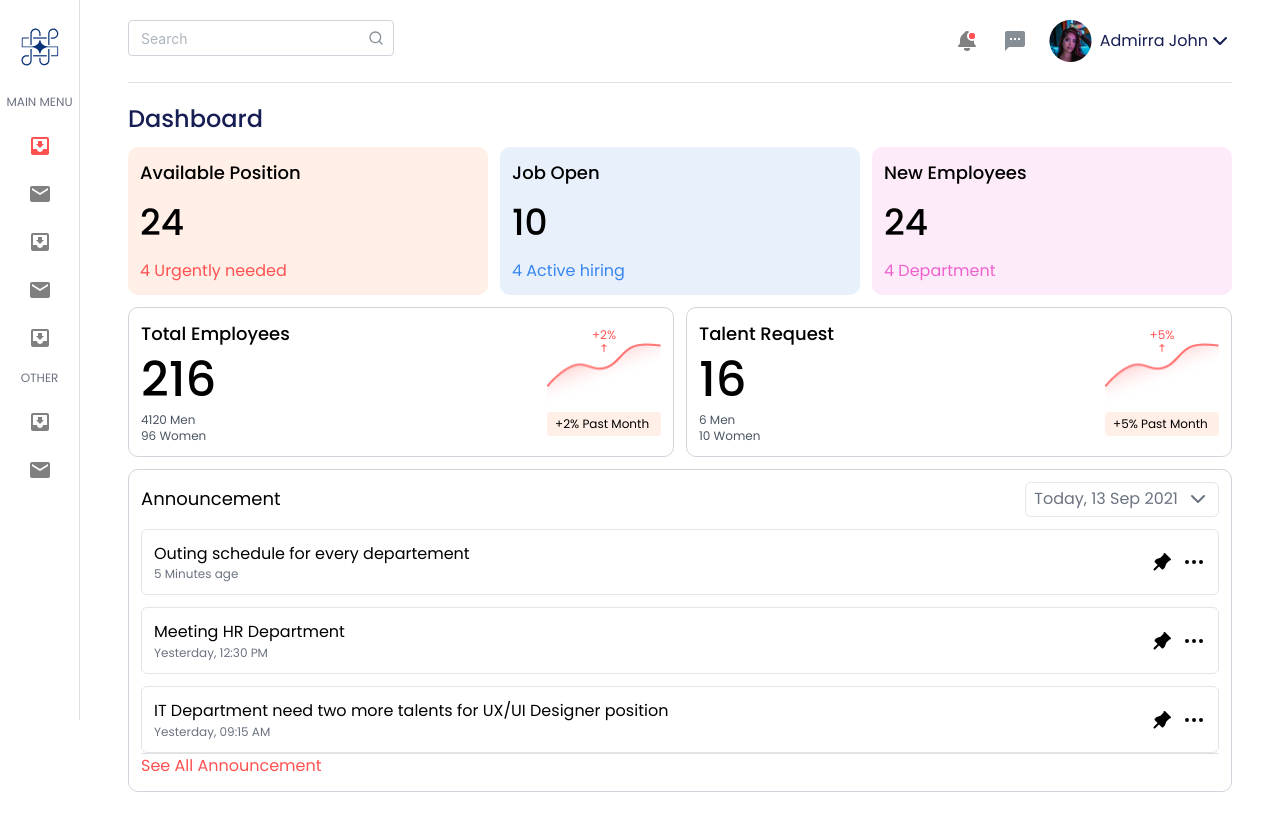
Repository: SatyaDewangan05/sample-dashboard
Page: /
The author's editor kept a copy of each file at every save. The page is drawn from the files as they stood at one save, then again after the next save.
The browser window is 1280 px wide. The pictures show the whole page.
The project was rebuilt for these pictures with package versions that can differ from the ones it lists, and the page was loaded fresh each time. The framework's server and built-in components were replaced by stand-ins that run in the browser. Also part of the build but not shown: next.config.mjs.

Above is the page before, as saved 2024-09-22 00:57:36.

### src/app/layout.js
import localFont from "next/font/local";
import "./globals.css";
import { MantineProvider } from "@mantine/core";
import "@mantine/core/styles.css";

const geistSans = localFont({
  src: "./fonts/GeistVF.woff",
  variable: "--font-geist-sans",
  weight: "100 900",
});
const geistMono = localFont({
  src: "./fonts/GeistMonoVF.woff",
  variable: "--font-geist-mono",
  weight: "100 900",
});

import { Poppins } from "next/font/google";
const poppins = Poppins({
  weight: ["400", "500", "600", "700"], // You can choose different weights like '300', '500' etc.
  subsets: ["latin"],
});

export const metadata = {
  title: "Create Next App",
  description: "Generated by create next app",
};

export default function RootLayout({ children }) {
  return (
    <html lang="en">
      <body className={`${poppins.className} antialiased bg-white`}>
        <MantineProvider>{children}</MantineProvider>
      </body>
    </html>
  );
}

### src/app/page.jsx
"use client";

import Image from "next/image";
import MiniDrawer from "./components/Drawer";
import {
  ActionIcon,
  Anchor,
  Avatar,
  Divider,
  Indicator,
  TextInput,
  Title,
} from "@mantine/core";
import { Search } from "lucide-react";
import {
  IconBellFilled,
  IconChevronCompactDown,
  IconChevronDown,
  IconDots,
  IconPinFilled,
} from "@tabler/icons-react";
import TextsmsIcon from "@mui/icons-material/Textsms";
import DP from "@/images/dp.png";
import ThreeData from "./components/card/ThreeData";
import DetailChart from "./components/card/DetailChart";
import Event from "./components/card/Event";

export default function Home() {
  return (
    <div className="flex">
      <MiniDrawer />
      <div className="w-full px-12">
        {/* Top Bar */}
        <div className="w-full py-5 flex justify-between">
          <TextInput placeholder="Search" rightSection={<Search size={16} />} />
          <div className="flex items-center gap-5">
            <ActionIcon
              variant="transparent"
              color="gray"
              // c="black"
              aria-label="Settings"
            >
              <Indicator color="#FF5151" offset={7} withBorder>
                <IconBellFilled color="gray" />
              </Indicator>
            </ActionIcon>
            <ActionIcon
              variant="transparent"
              color="gray"
              // c="black"
              aria-label="Settings"
            >
              <TextsmsIcon color="gray" />
            </ActionIcon>
            <div className="flex gap-2 items-center">
              <Image src={DP} />
              <Anchor
                href="https://mantine.dev/"
                target="_blank"
                underline="never"
                c="#161E54"
              >
                <div className="flex items-center">
                  Admirra John
                  <IconChevronDown />
                </div>
              </Anchor>
            </div>
          </div>
        </div>
        <Divider />

        <div className="w-full py-5">
          <p className="text-2xl font-medium text-[#161E54]">Dashboard</p>
          <div className="py-3 flex flex-col gap-3">
            <div className="grid grid-cols-3 gap-3">
              <ThreeData
                heading="Available Position"
                figure={24}
                text="4 Urgently needed"
                bgColor="#FFEFE7"
                textColor="#FF5151"
              />
              <ThreeData
                heading="Job Open"
                figure={10}
                text="4 Active hiring"
                bgColor="#E8F0FB"
                textColor="#3786F1"
              />
              <ThreeData
                heading="New Employees"
                figure={24}
                text="4 Department"
                bgColor="#FDEBF9"
                textColor="#EE61CF"
              />
            </div>
            <div className="grid grid-cols-2 gap-3">
              <DetailChart
                heading="Total Employees"
                figure={216}
                texts={["4120 Men", "96 Women"]}
                variation="+2%"
              />
              <DetailChart
                heading="Talent Request"
                figure={16}
                texts={["6 Men", "10 Women"]}
                variation="+5%"
              />
            </div>

            <div className="p-3 rounded-[10px] border border-gray-300">
              <div className="mb-3 flex justify-between items-center">
                <p className="text-lg">Announcement</p>
                <div className="px-2 py-1 rounded-md border border-gray-200 flex items-center gap-2 text-gray-500">
                  <p>Today, 13 Sep 2021</p>
                  <IconChevronDown />
                </div>
              </div>
              <div className="flex flex-col gap-3">
                <Event
                  text="Outing schedule for every departement"
                  lastUpdate="5 Minutes age"
                />
                <Event
                  text="Meeting HR Department"
                  lastUpdate="Yesterday, 12:30 PM"
                />
                <Event
                  text="IT Department need two more talents for UX/UI Designer position"
                  lastUpdate="Yesterday, 09:15 AM"
                />
              </div>
              <Divider />
              <div className="text-[#FF5151]"> See All Announcement</div>
            </div>
          </div>
        </div>
      </div>
    </div>
  );
}

### src/app/globals.css
@tailwind base;
@tailwind components;
@tailwind utilities;

:root {
  --background: #ffffff;
  --foreground: #171717;
}

/* @media (prefers-color-scheme: dark) {
  :root {
    --background: #0a0a0a;
    --foreground: #ededed;
  }
} */

body {
  color: var(--foreground);
  background: var(--background);
  font-family: Arial, Helvetica, sans-serif;
}

@layer utilities {
  .text-balance {
    text-wrap: balance;
  }
}

@layer base {
  :root {
    --background: 0 0% 100%;
    --foreground: 0 0% 3.9%;
    --card: 0 0% 100%;
    --card-foreground: 0 0% 3.9%;
    --popover: 0 0% 100%;
    --popover-foreground: 0 0% 3.9%;
    --primary: 0 0% 9%;
    --primary-foreground: 0 0% 98%;
    --secondary: 0 0% 96.1%;
    --secondary-foreground: 0 0% 9%;
    --muted: 0 0% 96.1%;
    --muted-foreground: 0 0% 45.1%;
    --accent: 0 0% 96.1%;
    --accent-foreground: 0 0% 9%;
    --destructive: 0 84.2% 60.2%;
    --destructive-foreground: 0 0% 98%;
    --border: 0 0% 89.8%;
    --input: 0 0% 89.8%;
    --ring: 0 0% 3.9%;
    --chart-1: 12 76% 61%;
    --chart-2: 173 58% 39%;
    --chart-3: 197 37% 24%;
    --chart-4: 43 74% 66%;
    --chart-5: 27 87% 67%;
    --radius: 0.5rem;
  }
  .dark {
    --background: 0 0% 3.9%;
    --foreground: 0 0% 98%;
    --card: 0 0% 3.9%;
    --card-foreground: 0 0% 98%;
    --popover: 0 0% 3.9%;
    --popover-foreground: 0 0% 98%;
    --primary: 0 0% 98%;
    --primary-foreground: 0 0% 9%;
    --secondary: 0 0% 14.9%;
    --secondary-foreground: 0 0% 98%;
    --muted: 0 0% 14.9%;
    --muted-foreground: 0 0% 63.9%;
    --accent: 0 0% 14.9%;
    --accent-foreground: 0 0% 98%;
    --destructive: 0 62.8% 30.6%;
    --destructive-foreground: 0 0% 98%;
    --border: 0 0% 14.9%;
    --input: 0 0% 14.9%;
    --ring: 0 0% 83.1%;
    --chart-1: 220 70% 50%;
    --chart-2: 160 60% 45%;
    --chart-3: 30 80% 55%;
    --chart-4: 280 65% 60%;
    --chart-5: 340 75% 55%;
  }
}

@layer base {
  * {
    @apply border-border;
  }
  body {
    @apply bg-background text-foreground;
  }
}

### src/app/components/Drawer.jsx
"use client";

import { styled } from "@mui/material/styles";
import MuiDrawer from "@mui/material/Drawer";
import List from "@mui/material/List";
import IconButton from "@mui/material/IconButton";
import MenuIcon from "@mui/icons-material/Menu";

import ListItem from "@mui/material/ListItem";
import ListItemButton from "@mui/material/ListItemButton";
import ListItemIcon from "@mui/material/ListItemIcon";
import ListItemText from "@mui/material/ListItemText";
import InboxIcon from "@mui/icons-material/MoveToInbox";
import MailIcon from "@mui/icons-material/Mail";
import { useState } from "react";
import Image from "next/image";

import Logo from "@/images/logo.svg";
import LogoWithName from "@/images/logo_with_name.png";

const drawerWidth = 220;

const openedMixin = (theme) => ({
  width: drawerWidth,
  transition: theme.transitions.create("width", {
    easing: theme.transitions.easing.sharp,
    duration: theme.transitions.duration.enteringScreen,
  }),
  overflowX: "hidden",
});

const closedMixin = (theme) => ({
  transition: theme.transitions.create("width", {
    easing: theme.transitions.easing.sharp,
    duration: theme.transitions.duration.leavingScreen,
  }),
  overflowX: "hidden",
  width: "80px",
  [theme.breakpoints.up("sm")]: {
    width: "80px",
  },
});

const DrawerHeader = styled("div")(({ theme }) => ({
  display: "flex",
  alignItems: "center",
  justifyContent: "center",
  padding: "20px",
  // necessary for content to be below app bar
  ...theme.mixins.toolbar,
}));

const Drawer = styled(MuiDrawer, {
  shouldForwardProp: (prop) => prop !== "open",
})(({ theme }) => ({
  width: drawerWidth,
  flexShrink: 0,
  whiteSpace: "nowrap",
  boxSizing: "border-box",
  variants: [
    {
      props: ({ open }) => open,
      style: {
        ...openedMixin(theme),
        "& .MuiDrawer-paper": openedMixin(theme),
      },
    },
    {
      props: ({ open }) => !open,
      style: {
        ...closedMixin(theme),
        "& .MuiDrawer-paper": closedMixin(theme),
      },
    },
  ],
}));

export default function MiniDrawer() {
  const [open, setOpen] = useState(false);

  const [active, setActive] = useState("Dashboard");

  return (
    <Drawer variant="permanent" open={open}>
      <DrawerHeader>
        <IconButton onClick={() => setOpen((prevState) => !prevState)}>
          {open ? (
            <Image src={LogoWithName} alt="Images" />
          ) : (
            <Image className="mx-auto" src={Logo} alt="Images" />
          )}
        </IconButton>
      </DrawerHeader>
      <p
        className={`h-5 uppercase text-xs  text-gray-500 ${
          open ? "pl-5" : "text-center"
        }`}
      >
        Main Menu
      </p>
      <List>
        {["Dashboard", "Recruitment", "Schedule", "Employee", "Department"].map(
          (text, index) => (
            <ListItem key={text} disablePadding sx={{ display: "block" }}>
              <ListItemButton
                sx={[
                  {
                    minHeight: 48,
                    px: 2,
                    color: active === text ? "#FF5151" : "unset",
                  },
                  open
                    ? {
                        justifyContent: "initial",
                      }
                    : {
                        justifyContent: "center",
                      },
                ]}
                onClick={() => setActive(text)}
              >
                <ListItemIcon
                  sx={[
                    {
                      //   minWidth: 0,
                      justifyContent: "center",
                      color: active === text ? "#FF5151" : "gray",
                    },
                    open
                      ? {
                          mr: 2,
                        }
                      : {
                          mx: "auto",
                        },
                  ]}
                >
                  {index % 2 === 0 ? <InboxIcon /> : <MailIcon />}
                </ListItemIcon>
                <ListItemText
                  primary={text}
                  sx={[
                    open
                      ? {
                          opacity: 1,
                        }
                      : {
                          opacity: 0,
                        },
                  ]}
                />
              </ListItemButton>
            </ListItem>
          )
        )}
      </List>
      <p
        className={`h-5 uppercase text-xs text-gray-500 ${
          open ? " pl-5" : "text-center"
        }`}
      >
        Other
      </p>
      <List>
        {["Support", "Settings"].map((text, index) => (
          <ListItem key={text} disablePadding sx={{ display: "block" }}>
            <ListItemButton
              sx={[
                {
                  minHeight: 48,
                  px: 2,
                },
                open
                  ? {
                      justifyContent: "initial",
                    }
                  : {
                      justifyContent: "center",
                    },
              ]}
              onClick={() => setActive(text)}
            >
              <ListItemIcon
                sx={[
                  {
                    justifyContent: "center",
                    color: active === text ? "#FF5151" : "gray",
                  },
                  open
                    ? {
                        mr: 2,
                      }
                    : {
                        mx: "auto",
                      },
                ]}
              >
                {index % 2 === 0 ? <InboxIcon /> : <MailIcon />}
              </ListItemIcon>
              <ListItemText
                primary={text}
                sx={[
                  open
                    ? {
                        opacity: 1,
                      }
                    : {
                        opacity: 0,
                      },
                ]}
              />
            </ListItemButton>
          </ListItem>
        ))}
      </List>
    </Drawer>
  );
}

### src/app/components/card/ThreeData.jsx
const ThreeData = ({ heading, figure, text, bgColor, textColor }) => {
  return (
    <div
      className="p-3 rounded-[10px] flex flex-col gap-2"
      style={{ backgroundColor: bgColor ? bgColor : "gray" }}
    >
      <p className="text-lg font-medium">{heading}</p>
      <p className="text-[36px] font-medium">{figure}</p>
      <p
        className="text-base"
        style={{ color: textColor ? textColor : "white" }}
      >
        {text}
      </p>
    </div>
  );
};

export default ThreeData;

### src/app/components/card/DetailChart.jsx
import Image from "next/image";
import Graph from "@/images/graph.png";
import GraphLine from "@/images/graph-line.png";
import UpArrow from "@/images/up-arrow.png";

const DetailChart = ({ heading, figure, texts, variation }) => {
  return (
    <div className="p-3 rounded-[10px] border border-gray-300 flex justify-between items-center">
      <div className="flex flex-col gap-2">
        <p className="text-lg font-medium">{heading}</p>
        <p className="text-5xl font-medium">{figure}</p>
        <div>
          {Array.isArray(texts)
            ? texts.map((text, index) => (
                <p key={index} className="text-xs text-gray-600">
                  {text}
                </p>
              ))
            : null}
        </div>
      </div>
      <div className="flex flex-col justify-center">
        <div className="flex flex-col  items-center">
          <p className="text-xs text-[#FF5151] text-center">{variation}</p>
          <div className="h-[69px] w-[114px] relative">
            <Image
              src={UpArrow}
              className="absolute -top-1 left-1/2 -translate-x-1/2 z-30"
            />
            <Image src={GraphLine} className="absolute top-0 z-30" />
            <Image src={Graph} className="absolute top-0 z-30" />
          </div>
        </div>
        <div className="px-2 py-1 text-xs rounded bg-[#FFEFE7]">
          {variation} Past Month
        </div>
      </div>
    </div>
  );
};

export default DetailChart;

### src/app/components/card/Event.jsx
import { IconDots, IconPinFilled } from "@tabler/icons-react";
import { useState } from "react";

const Event = ({ text, lastUpdate }) => {
  const [pinned, setPinned] = useState(false);
  return (
    <div className="w-full p-3 rounded-md border flex justify-between items-center">
      <div>
        <p>{text}</p>
        <p className="text-xs text-gray-500">{lastUpdate}</p>
      </div>
      <div className="flex gap-2 items-center">
        <IconPinFilled
          color={pinned ? "gray" : "unset"}
          className="hover:cursor-pointer"
          onClick={() => setPinned((prevState) => !prevState)}
        />
        <IconDots />
      </div>
    </div>
  );
};

export default Event;

Loaded but not shown: tailwind.config.js (common file)

After the next save:
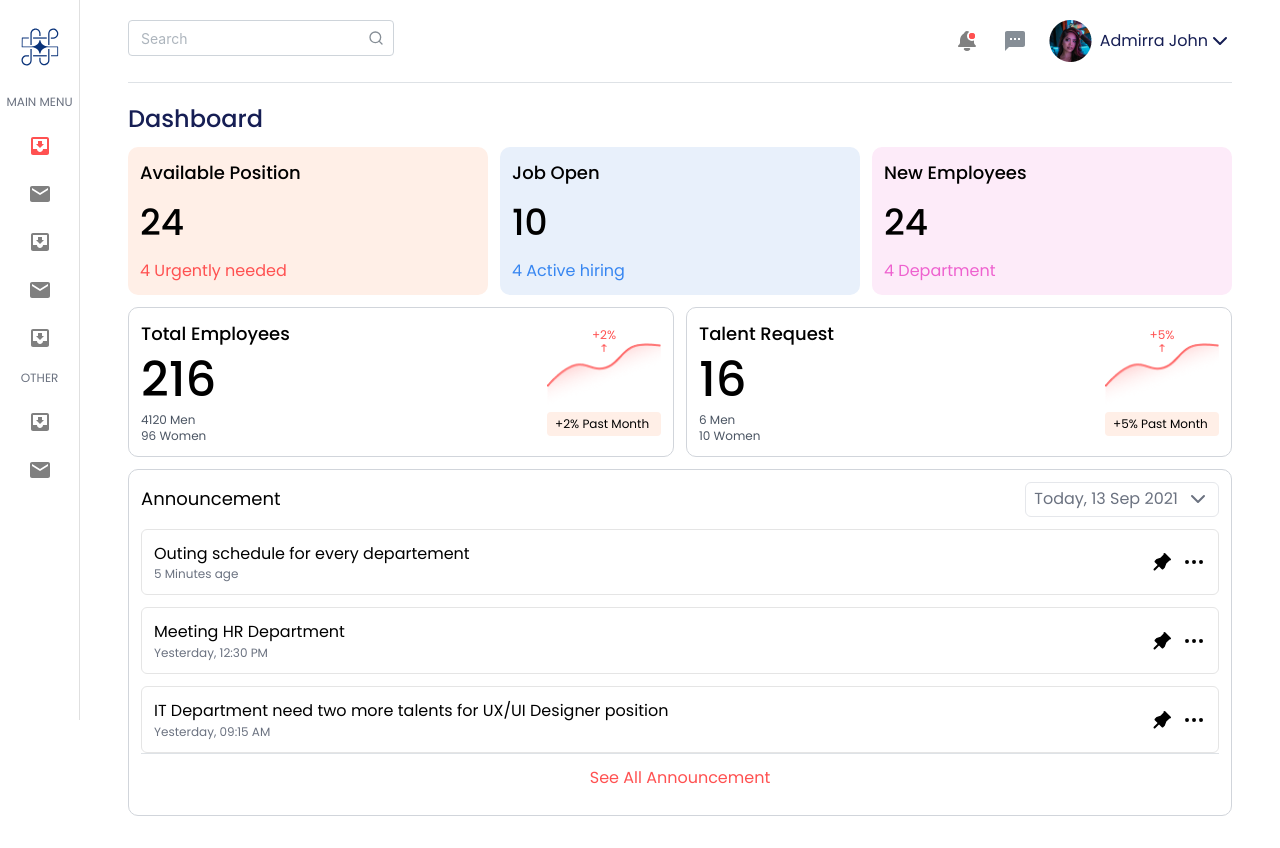
Saved 26 s later.
--- a/src/app/page.jsx
+++ b/src/app/page.jsx
@@ -134,7 +134,10 @@ export default function Home() {
                 />
               </div>
               <Divider />
-              <div className="text-[#FF5151]"> See All Announcement</div>
+              <div className="p-3 text-[#FF5151] text-center hover:text-opacity-80">
+                {" "}
+                See All Announcement
+              </div>
             </div>
           </div>
         </div>
